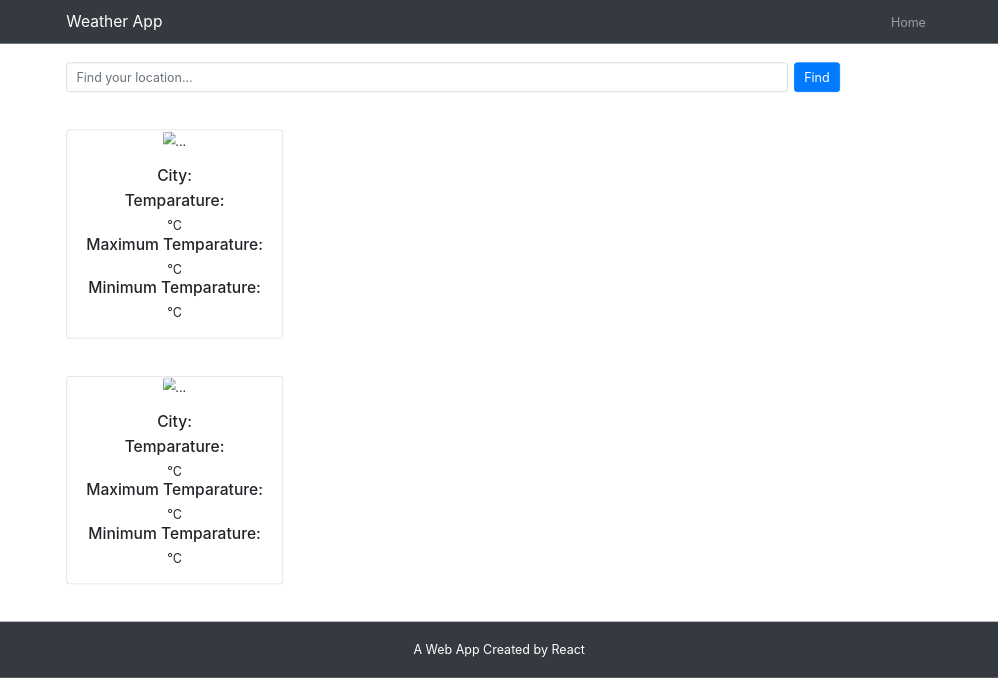
Repository: smk87/weather-app-react
Page: /
An editor plug-in stored every save of this project. The page is shown before and after the next save, followed by the edit.
The browser window is 1280 px wide. The pictures show the whole page, at 78% of full size.
The page's requests for data from a server got no answer. Some web libraries are served in a nearby version. The project was rebuilt for these pictures with package versions that can differ from the ones it lists, and the page was loaded fresh each time. A package was used in the major version that the imports need, not the one package.json lists. No one was signed in, and anything a server would have sent is missing.

Above is the page before, as saved 2019-02-06 18:18:41.

### public/index.html
<!DOCTYPE html>
<html lang="en">
  <head>
    <meta charset="utf-8" />
    <link rel="shortcut icon" href="%PUBLIC_URL%/favicon.ico" />
    <meta
      name="viewport"
      content="width=device-width, initial-scale=1, shrink-to-fit=no"
    />
    <meta name="theme-color" content="#000000" />
    <!--
      manifest.json provides metadata used when your web app is added to the
      homescreen on Android. See https://developers.google.com/web/fundamentals/web-app-manifest/
    -->
    <link rel="manifest" href="%PUBLIC_URL%/manifest.json" />
    <link
      rel="stylesheet"
      href="https://stackpath.bootstrapcdn.com/bootstrap/4.2.1/css/bootstrap.min.css"
      integrity="sha384-GJzZqFGwb1QTTN6wy59ffF1BuGJpLSa9DkKMp0DgiMDm4iYMj70gZWKYbI706tWS"
      crossorigin="anonymous"
    />
    <script
      defer
      src="https://use.fontawesome.com/releases/v5.6.3/js/all.js"
      integrity="sha384-EIHISlAOj4zgYieurP0SdoiBYfGJKkgWedPHH4jCzpCXLmzVsw1ouK59MuUtP4a1"
      crossorigin="anonymous"
    ></script>
    <!--
      Notice the use of %PUBLIC_URL% in the tags above.
      It will be replaced with the URL of the `public` folder during the build.
      Only files inside the `public` folder can be referenced from the HTML.

      Unlike "/favicon.ico" or "favicon.ico", "%PUBLIC_URL%/favicon.ico" will
      work correctly both with client-side routing and a non-root public URL.
      Learn how to configure a non-root public URL by running `npm run build`.
    -->
    <title>React App</title>
  </head>
  <body>
    <noscript>You need to enable JavaScript to run this app.</noscript>
    <div id="root"></div>
    <!--
      This HTML file is a template.
      If you open it directly in the browser, you will see an empty page.

      You can add webfonts, meta tags, or analytics to this file.
      The build step will place the bundled scripts into the <body> tag.

      To begin the development, run `npm start` or `yarn start`.
      To create a production bundle, use `npm run build` or `yarn build`.
    -->

    <script
      src="https://code.jquery.com/jquery-3.3.1.slim.min.js"
      integrity="sha384-q8i/X+965DzO0rT7abK41JStQIAqVgRVzpbzo5smXKp4YfRvH+8abtTE1Pi6jizo"
      crossorigin="anonymous"
    ></script>
    <script
      src="https://cdnjs.cloudflare.com/ajax/libs/popper.js/1.14.6/umd/popper.min.js"
      integrity="sha384-wHAiFfRlMFy6i5SRaxvfOCifBUQy1xHdJ/yoi7FRNXMRBu5WHdZYu1hA6ZOblgut"
      crossorigin="anonymous"
    ></script>
    <script
      src="https://stackpath.bootstrapcdn.com/bootstrap/4.2.1/js/bootstrap.min.js"
      integrity="sha384-B0UglyR+jN6CkvvICOB2joaf5I4l3gm9GU6Hc1og6Ls7i6U/mkkaduKaBhlAXv9k"
      crossorigin="anonymous"
    ></script>
  </body>
</html>

### src/App.js
import React, { Component } from "react";
import { BrowserRouter as Router, Route, Switch } from "react-router-dom";
import logo from "./logo.svg";
import "./App.css";

//Import Layout Components
import NavBar from "./components/NavBar";
import Footer from "./components/Footer";
import Home from "./components/Home";

class App extends Component {
  render() {
    return (
      <Router>
        <div className="App">
          <NavBar />
          <Route exact path="/" component={Home} />
          <Footer />
        </div>
      </Router>
    );
  }
}

export default App;

### src/components/NavBar.js
import React, { Component } from "react";
import { Link } from "react-router-dom";

export default class NavBar extends Component {
  render() {
    return (
      <div>
        <nav className="navbar navbar-expand-sm navbar-dark bg-dark mb-4">
          <div className="container">
            <Link className="navbar-brand" to="/">
              Weather App
            </Link>
            <button
              className="navbar-toggler"
              type="button"
              data-toggle="collapse"
              data-target="#mobile-nav"
            >
              <span className="navbar-toggler-icon" />
            </button>

            <div className="collapse navbar-collapse" id="mobile-nav">
              <ul className="navbar-nav mr-auto" />
              <ul className="navbar-nav ml-auto">
                <li className="nav-item">
                  <Link className="nav-link" to="/">
                    Home
                  </Link>
                </li>
              </ul>
            </div>
          </div>
        </nav>
      </div>
    );
  }
}

### src/components/Footer.js
import React from "react";

export default function Footer() {
  return (
    <footer className="bg-dark text-white mt-5 p-4 text-center">
      A Web App Created by React
    </footer>
  );
}

### src/components/Home.js
import React, { Component } from "react";
import { Link } from "react-router-dom";
import Weather from "./Weather";

export default class Home extends Component {
  constructor() {
    super();

    this.state = {
      search: ""
    };
  }
  onChange = e => {
    this.setState({
      [e.target.name]: e.target.value
    });
  };
  onSubmit = e => {
    e.preventDefault();
    console.log(this.state);
  };

  render() {
    return (
      <div>
        <div className="container">
          <form onSubmit={this.onSubmit} action="#" className="form-inline">
            <input
              type="text"
              name="search"
              className="form-control col-md-10"
              placeholder="Find your location..."
              value={this.state.search}
              onChange={this.onChange}
            />
            <input
              type="submit"
              className="ml-2 btn btn-primary"
              value="Find"
            />
          </form>

          <Weather id="2344116" />
          <Weather id="2344116" />
        </div>
      </div>
    );
  }
}

### src/components/Weather.js
import React, { Component } from "react";
import axios from "axios";

export default class Weather extends Component {
  constructor() {
    super();

    this.state = {
      cityname: "",
      id: "",
      temp: "",
      maxtemp: "",
      mintemp: "",
      logo: ""
    };
  }

  componentWillMount() {
    this.setState({ id: this.props.id });

    const url = `weather/weather.php?command=location&woeid=${this.props.id}`;
    // console.log(url);
    axios
      .get(url) //Used proxy to connect with local wamp server
      .then(res => {
        console.log(res.data);

        switch (res.data.consolidated_weather[0].weather_state_name) {
          case "Snow":
            this.setState({
              logo: "https://www.metaweather.com/static/img/weather/sn.svg"
            });
            break;
          case "Sleet":
            this.setState({
              logo: "https://www.metaweather.com/static/img/weather/sl.svg"
            });
            break;
          case "Hail":
            this.setState({
              logo: "https://www.metaweather.com/static/img/weather/h.svg"
            });
            break;
          case "Thunderstorm":
            this.setState({
              logo: "https://www.metaweather.com/static/img/weather/t.svg"
            });
            break;
          case "Heavy Rain":
            this.setState({
              logo: "https://www.metaweather.com/static/img/weather/hr.svg"
            });
            break;
          case "Light Rain":
            this.setState({
              logo: `https://www.metaweather.com/static/img/weather/lr.svg`
            });
            break;
          case "Showers":
            this.setState({
              logo: "https://www.metaweather.com/static/img/weather/s.svg"
            });
            break;
          case "Heavy Cloud":
            this.setState({
              logo: "https://www.metaweather.com/static/img/weather/hc.svg"
            });
            break;
          case "Light Cloud":
            this.setState({
              logo: "https://www.metaweather.com/static/img/weather/lc.svg"
            });
            break;
          case "Clear":
            this.setState({
              logo: "https://www.metaweather.com/static/img/weather/c.svg"
            });
            break;
        }
        this.setState({
          cityname: res.data.title,
          temp: res.data.consolidated_weather[0].the_temp.toPrecision(3),
          maxtemp: res.data.consolidated_weather[0].max_temp.toPrecision(3),
          mintemp: res.data.consolidated_weather[0].min_temp.toPrecision(3)
        });
      })
      .catch(err => console.log(err));
  }

  render() {
    return (
      <div className="mt-5 mr-2 h-50 w-25 card">
        <div>
          <img src={this.state.logo} className="card-img-top" alt="..." />
        </div>
        <div className="card-body">
          <div className="card-text">
            <h5>City: </h5> {this.state.cityname}
          </div>
          <div className="card-text">
            <h5>Temparature: </h5> {this.state.temp}
            <span>&#8451;</span>
          </div>
          <div className="card-text">
            {" "}
            <h5>Maximum Temparature: </h5> {this.state.maxtemp}
            <span>&#8451;</span>
          </div>
          <div className="card-text">
            {" "}
            <h5>Minimum Temparature: </h5>
            {this.state.mintemp}
            <span>&#8451;</span>
          </div>
        </div>
      </div>
    );
  }
}

Loaded but not shown: src/index.js (common file); src/index.css (common file); src/serviceWorker.js (common file); src/App.css (common file)

After the next save:
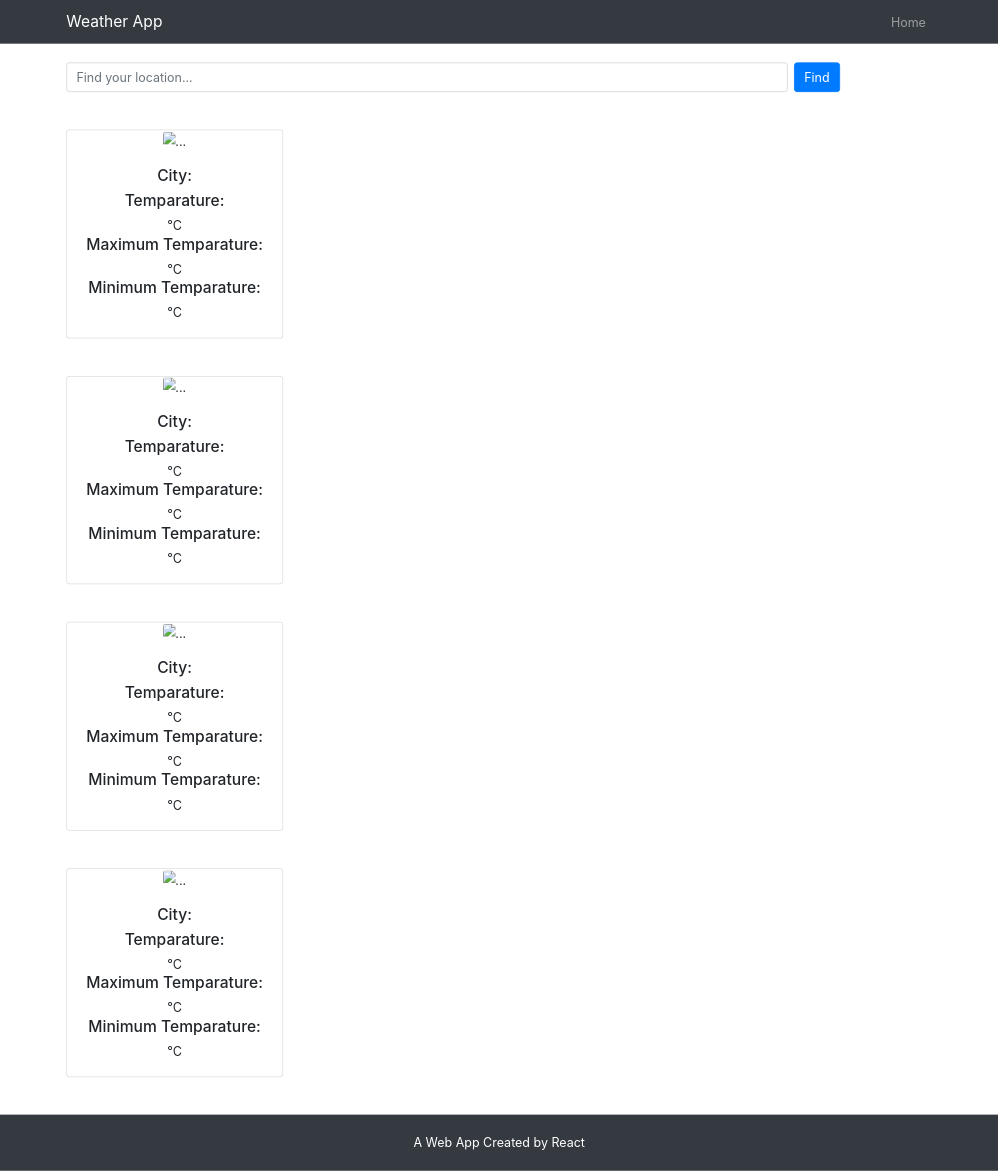
Saved 55 s later.
--- a/src/components/Weather.js
+++ b/src/components/Weather.js
@@ -89,28 +89,55 @@
 
   render() {
     return (
-      <div className="mt-5 mr-2 h-50 w-25 card">
-        <div>
-          <img src={this.state.logo} className="card-img-top" alt="..." />
+      <div>
+        <div className="mt-5 mr-2 h-50 w-25 card">
+          <div>
+            <img src={this.state.logo} className="card-img-top" alt="..." />
+          </div>
+          <div className="card-body">
+            <div className="card-text">
+              <h5>City: </h5> {this.state.cityname}
+            </div>
+            <div className="card-text">
+              <h5>Temparature: </h5> {this.state.temp}
+              <span>&#8451;</span>
+            </div>
+            <div className="card-text">
+              {" "}
+              <h5>Maximum Temparature: </h5> {this.state.maxtemp}
+              <span>&#8451;</span>
+            </div>
+            <div className="card-text">
+              {" "}
+              <h5>Minimum Temparature: </h5>
+              {this.state.mintemp}
+              <span>&#8451;</span>
+            </div>
+          </div>
         </div>
-        <div className="card-body">
-          <div className="card-text">
-            <h5>City: </h5> {this.state.cityname}
+        <div className="mt-5 mr-2 h-50 w-25 card">
+          <div>
+            <img src={this.state.logo} className="card-img-top" alt="..." />
           </div>
-          <div className="card-text">
-            <h5>Temparature: </h5> {this.state.temp}
-            <span>&#8451;</span>
-          </div>
-          <div className="card-text">
-            {" "}
-            <h5>Maximum Temparature: </h5> {this.state.maxtemp}
-            <span>&#8451;</span>
-          </div>
-          <div className="card-text">
-            {" "}
-            <h5>Minimum Temparature: </h5>
-            {this.state.mintemp}
-            <span>&#8451;</span>
+          <div className="card-body">
+            <div className="card-text">
+              <h5>City: </h5> {this.state.cityname}
+            </div>
+            <div className="card-text">
+              <h5>Temparature: </h5> {this.state.temp}
+              <span>&#8451;</span>
+            </div>
+            <div className="card-text">
+              {" "}
+              <h5>Maximum Temparature: </h5> {this.state.maxtemp}
+              <span>&#8451;</span>
+            </div>
+            <div className="card-text">
+              {" "}
+              <h5>Minimum Temparature: </h5>
+              {this.state.mintemp}
+              <span>&#8451;</span>
+            </div>
           </div>
         </div>
       </div>

After the 3 saves that followed:
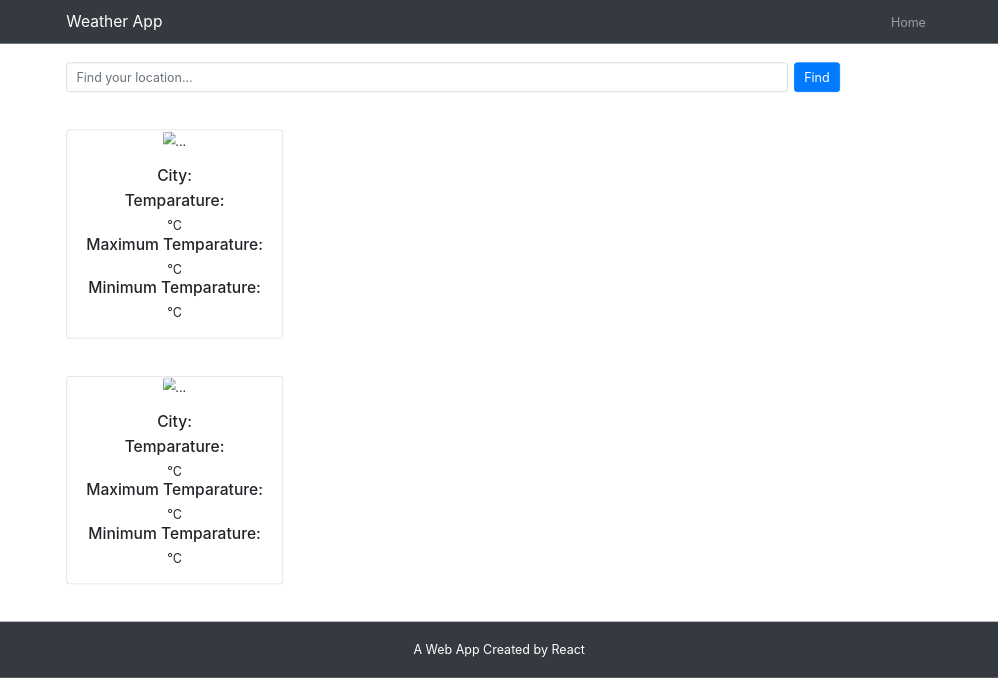
The 3 saves are shown as one change because 2 did not build or start.
The last was saved 28 s later.
--- a/src/components/Weather.js
+++ b/src/components/Weather.js
@@ -89,55 +89,28 @@
 
   render() {
     return (
-      <div>
-        <div className="mt-5 mr-2 h-50 w-25 card">
-          <div>
-            <img src={this.state.logo} className="card-img-top" alt="..." />
+      <div className="mt-5 mr-2 h-50 w-25 card">
+        <div>
+          <img src={this.state.logo} className="card-img-top" alt="..." />
+        </div>
+        <div className="card-body">
+          <div className="card-text">
+            <h5>City: </h5> {this.state.cityname}
           </div>
-          <div className="card-body">
-            <div className="card-text">
-              <h5>City: </h5> {this.state.cityname}
-            </div>
-            <div className="card-text">
-              <h5>Temparature: </h5> {this.state.temp}
-              <span>&#8451;</span>
-            </div>
-            <div className="card-text">
-              {" "}
-              <h5>Maximum Temparature: </h5> {this.state.maxtemp}
-              <span>&#8451;</span>
-            </div>
-            <div className="card-text">
-              {" "}
-              <h5>Minimum Temparature: </h5>
-              {this.state.mintemp}
-              <span>&#8451;</span>
-            </div>
+          <div className="card-text">
+            <h5>Temparature: </h5> {this.state.temp}
+            <span>&#8451;</span>
           </div>
-        </div>
-        <div className="mt-5 mr-2 h-50 w-25 card">
-          <div>
-            <img src={this.state.logo} className="card-img-top" alt="..." />
+          <div className="card-text">
+            {" "}
+            <h5>Maximum Temparature: </h5> {this.state.maxtemp}
+            <span>&#8451;</span>
           </div>
-          <div className="card-body">
-            <div className="card-text">
-              <h5>City: </h5> {this.state.cityname}
-            </div>
-            <div className="card-text">
-              <h5>Temparature: </h5> {this.state.temp}
-              <span>&#8451;</span>
-            </div>
-            <div className="card-text">
-              {" "}
-              <h5>Maximum Temparature: </h5> {this.state.maxtemp}
-              <span>&#8451;</span>
-            </div>
-            <div className="card-text">
-              {" "}
-              <h5>Minimum Temparature: </h5>
-              {this.state.mintemp}
-              <span>&#8451;</span>
-            </div>
+          <div className="card-text">
+            {" "}
+            <h5>Minimum Temparature: </h5>
+            {this.state.mintemp}
+            <span>&#8451;</span>
           </div>
         </div>
       </div>
